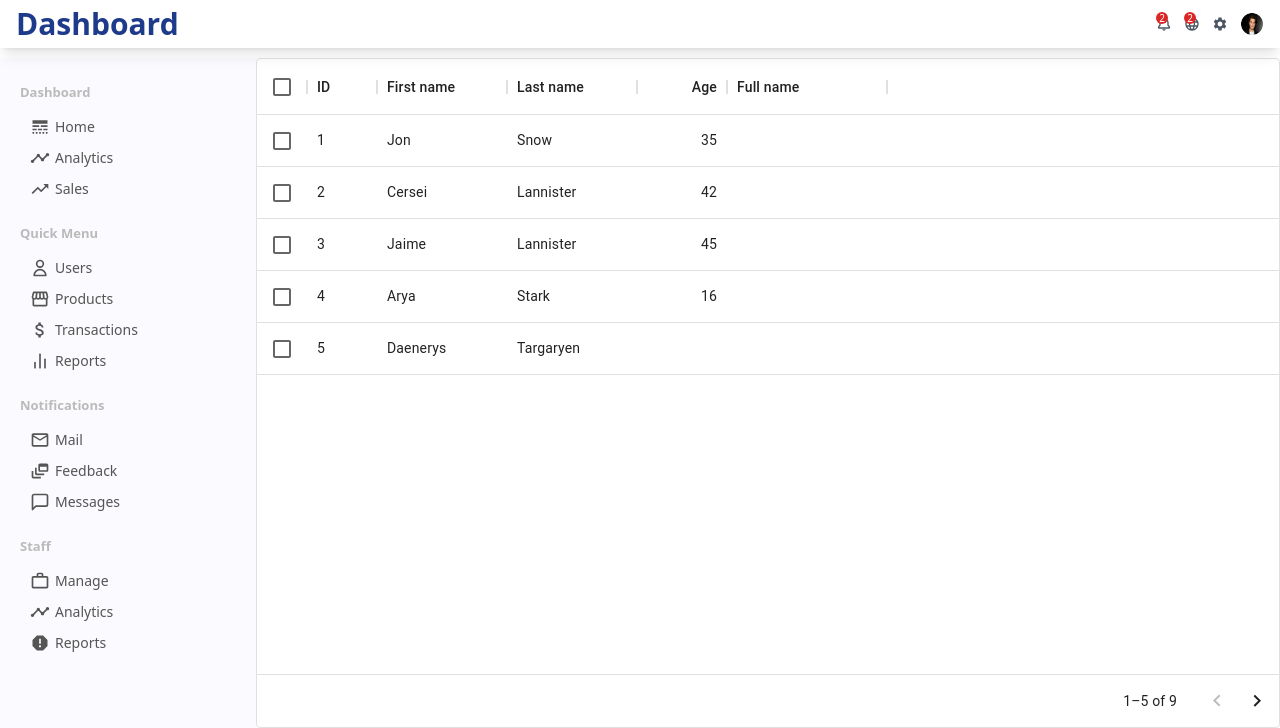
Repository: nation430/React-AdminDashboard
Page: /users
An editor plug-in stored every save of this project. The page is shown before and after the next save, followed by the edit.
The browser window is 1280 px wide. The pictures show the whole page.
The project was rebuilt for these pictures with package versions that can differ from the ones it lists, and the page was loaded fresh each time. Also part of the build but not shown: src/pages/home/home.css, src/components/featuredInfo/featuredInfo.css, src/components/featuredInfo/FeaturedInfo.jsx, src/components/chart/chart.css, src/components/chart/Chart.jsx, src/dummyData.js, src/components/widgetSm/widgetSm.css, src/components/widgetSm/WidgetSm.jsx and 3 more.

Above is the page before, as saved 2022-08-23 12:35:34.

### public/index.html
<!DOCTYPE html>
<html lang="en">
  <head>
    <meta charset="utf-8" />
    <meta name="viewport" content="width=device-width, initial-scale=1" />
    <meta name="theme-color" content="#000000" />
    <meta
      name="description"
      content="Web site created using create-react-app"
    />
    <link rel="preconnect" href="https://fonts.googleapis.com" />
    <link rel="preconnect" href="https://fonts.gstatic.com" crossorigin />
    <link
      href="https://fonts.googleapis.com/css2?family=Source+Sans+Pro:wght@200;300;400;600;700&display=swap"
      rel="stylesheet"
    />

    <title>React Admin Dashboard</title>
  </head>
  <body>
    <noscript>You need to enable JavaScript to run this app.</noscript>
    <div id="root"></div>
  </body>
</html>

### src/index.css
@tailwind base;
h1 {
  @apply text-2xl;
}
h2 {
  @apply text-xl;
}
h3 {
  @apply text-lg;
}
@tailwind components;
@tailwind utilities;

* {
  margin: 0;
  padding:0;
  box-sizing: border-box;

}

### src/App.js
import Topbar from "./components/topbar/Topbar";
import Sidebar from "./components/sidebar/Sidebar";
import Home from "./pages/home/Home";
import "./app.css";
import { BrowserRouter as Router, Routes, Route } from "react-router-dom";
import UserList from "./pages/home/userList/UserList";

function App() {
  return (
    <Router>
      <Topbar />
      <div className="wrapper flex h-full">
        <Sidebar />
        <Routes>
          <Route exact path="/">
            <Route path="/" element={<Home />} />
            <Route path="users" element={<UserList />} />
          </Route>
        </Routes>
      </div>
    </Router>
  );
}

export default App;

### src/components/topbar/Topbar.jsx
import React from "react";
import  "./topbar.css";
import { BiBell } from 'react-icons/bi';
import { MdLanguage, MdSettings  } from "react-icons/md";


export default function Topbar () {
    return(
        <div className="topbar w-full h-12 bg-white sticky top-0 z-50 shadow-lg ">
            <div className="topbarWeapper flex items-center justify-between h-full px-4 py-0">
            <div className="topLeft">
                <span className="logo font-bold text-3xl text-blue-900 cursor-pointer ...">Dashboard</span>
            </div>
            <div className="topRight flex items-center">

                {/* First icon  */}
                <div className="topbarIconsContainer relative cursor-pointer ... ml-3 text-gray-600">
                <BiBell />
                <span className="topIconBadge absolute text-white bg-red-600 right-1 -top-1 flex items-center justify-center rounded-full text-xs h-3 w-3">2</span>
                </div>

                   {/*second icon  */}
                <div className="topbarIconsContainer relative cursor-pointer ... ml-3 text-gray-600">
                <MdLanguage />
                <span className="topIconBadge absolute text-white bg-red-600 right-1 -top-1 flex items-center justify-center rounded-full text-xs h-3 w-3">2</span>
                </div>


                    {/*third icon  */}
                <div className="topbarIconsContainer relative cursor-pointer ... mx-3 text-gray-600">
                < MdSettings  />
                </div>

                <img src="images/img.png" alt="BigCo Inc. logo"  className="topAvater w-6 h-6 rounded-full cursor-pointer ..."/>

            </div>
            </div>
        </div>
    )

}

### src/components/sidebar/Sidebar.jsx
import "./sidebar.css";
import { MdLineStyle, MdOutlineTimeline, MdTrendingUp, MdStorefront, MdAttachMoney, MdOutlineMail, MdDynamicFeed, MdWorkOutline, MdReport} from "react-icons/md";
import { HiOutlineUser} from "react-icons/hi";
import { FiBarChart2, FiMessageSquare} from "react-icons/fi";

export default function sidebar(){
    return(
        <div className="sidebar sticky">
        <div className="sidebarWrapper p-5">
            {/* first sidenavbar */}
            <div className="sidebarMenu mb-2.5">
                <h3 className="sidebarTitle">Dashboard</h3>
                <ul className="sidebarList px-4 py-0">
                    <li className="sidebarListItems flex items-center">
                    <MdLineStyle className="sidebarIcon"/>
                    Home
                    </li>

                    <li className="sidebarListItems flex items-center">
                    <MdOutlineTimeline className="sidebarIcon" />
                    Analytics
                    </li>


                    <li className="sidebarListItems flex items-center">
                    <MdTrendingUp className="sidebarIcon" />
                   Sales
                    </li>
                </ul>
            </div>

            {/* second sidenavbar */}
            <div className="sidebarMenu mb-2.5">
                <h3 className="sidebarTitle">Quick Menu</h3>
                <ul className="sidebarList px-4 py-1">
                    <li className="sidebarListItems flex items-center">
                    <HiOutlineUser className="sidebarIcon" />
                    Users
                    </li>

                    <li className="sidebarListItems flex  items-center" >
                    <MdStorefront className="sidebarIcon" />
                    Products
                    </li>

                    <li className="sidebarListItems flex items-center">
                    <MdAttachMoney className="sidebarIcon" />
                   Transactions
                    </li>


                    <li className="sidebarListItems flex items-center">
                    <FiBarChart2 className="sidebarIcon" />
                   Reports
                    </li>
                </ul>
            </div>

                {/* third sidenavbar */}
                <div className="sidebarMenu mb-2.5">
                <h3 className="sidebarTitle">Notifications</h3>
                <ul className="sidebarList px-4 py-1">
                    <li className="sidebarListItems flex items-center">
                    <MdOutlineMail className="sidebarIcon" />
                    Mail
                    </li>

                    <li className="sidebarListItems flex  items-center" >
                    <MdDynamicFeed className="sidebarIcon" />
                    Feedback
                    </li>

                    <li className="sidebarListItems flex items-center">
                    <FiMessageSquare className="sidebarIcon" />
                   Messages
                    </li>
                </ul>
            </div>

                {/* fourth sidenavbar */}
                <div className="sidebarMenu mb-2.5">
                <h3 className="sidebarTitle">Staff</h3>
                <ul className="sidebarList px-4 py-1">
                    <li className="sidebarListItems flex items-center">
                    <MdWorkOutline className="sidebarIcon" />
                    Manage
                    </li>

                    <li className="sidebarListItems flex  items-center" >
                    <MdOutlineTimeline className="sidebarIcon" />
                    Analytics
                    </li>

                    <li className="sidebarListItems flex items-center">
                    <MdReport className="sidebarIcon" />
                   Reports
                    </li>
                </ul>
            </div>
        </div>
        </div>
    )
}

### src/app.css

* {
    margin: 0;
    padding:0;
    box-sizing: border-box;

}


h1{
    font-size: 2em ;
    font-weight: bolder;
}

h2{
    font-size: 1.5em ;
    font-weight: bolder;
}

h3{
    font-size: 1.17em ;
    font-weight: bolder;
}

.wrapper{
    margin-top:10px;
}

### src/pages/home/userList/UserList.jsx
import "./userList.css"
import { DataGrid } from '@mui/x-data-grid';



export default function UserList(){

  const columns = [
    { field: 'id', headerName: 'ID', width: 70 },
    { field: 'firstName', headerName: 'First name', width: 130 },
    { field: 'lastName', headerName: 'Last name', width: 130 },
    {
      field: 'age',
      headerName: 'Age',
      type: 'number',
      width: 90,
    },
    {
      field: 'fullName',
      headerName: 'Full name',
      description: 'This column has a value getter and is not sortable.',
      sortable: false,
      width: 160,
    },
  ];

  const rows = [
    { id: 1, lastName: 'Snow', firstName: 'Jon', age: 35 },
    { id: 2, lastName: 'Lannister', firstName: 'Cersei', age: 42 },
    { id: 3, lastName: 'Lannister', firstName: 'Jaime', age: 45 },
    { id: 4, lastName: 'Stark', firstName: 'Arya', age: 16 },
    { id: 5, lastName: 'Targaryen', firstName: 'Daenerys', age: null },
    { id: 6, lastName: 'Melisandre', firstName: null, age: 150 },
    { id: 7, lastName: 'Clifford', firstName: 'Ferrara', age: 44 },
    { id: 8, lastName: 'Frances', firstName: 'Rossini', age: 36 },
    { id: 9, lastName: 'Roxie', firstName: 'Harvey', age: 65 },
  ];


    return(
        <div className="userList">
          <DataGrid
        rows={rows}
        columns={columns}
        pageSize={5}
        rowsPerPageOptions={[5]}
        checkboxSelection
      />
        </div>
    )
}

### src/components/topbar/topbar.css
.text-xs{
    font-size: 10px;
  }

### src/components/sidebar/sidebar.css
.sidebar{
    flex: 1;
    height: calc(100vh - 50px);
    top:50px;
    background:rgb(251, 251, 255);
}

.sidebarWrapper{
    color: #555;
}

.sidebarTitle{
    font-size: 13px;
    color:rgb(187, 186, 186);
}

.sidebarList{
    padding:5px;
    font-size: 14px;;
}


.sidebarListItems {
    padding:5px;
    cursor: pointer;
    border-radius: 10px;
}

.sidebarListItems.active,
.sidebarListItems:hover{
    background:rgb(228, 228, 250);
}

.sidebarIcon{
    margin-right:5px;
    font-size:20px;
}

### src/pages/home/userList/userList.css
.userList{
    flex: 4;
}

Loaded but not shown: src/index.js (common file); tailwind.config.js (common file)

After the next save:
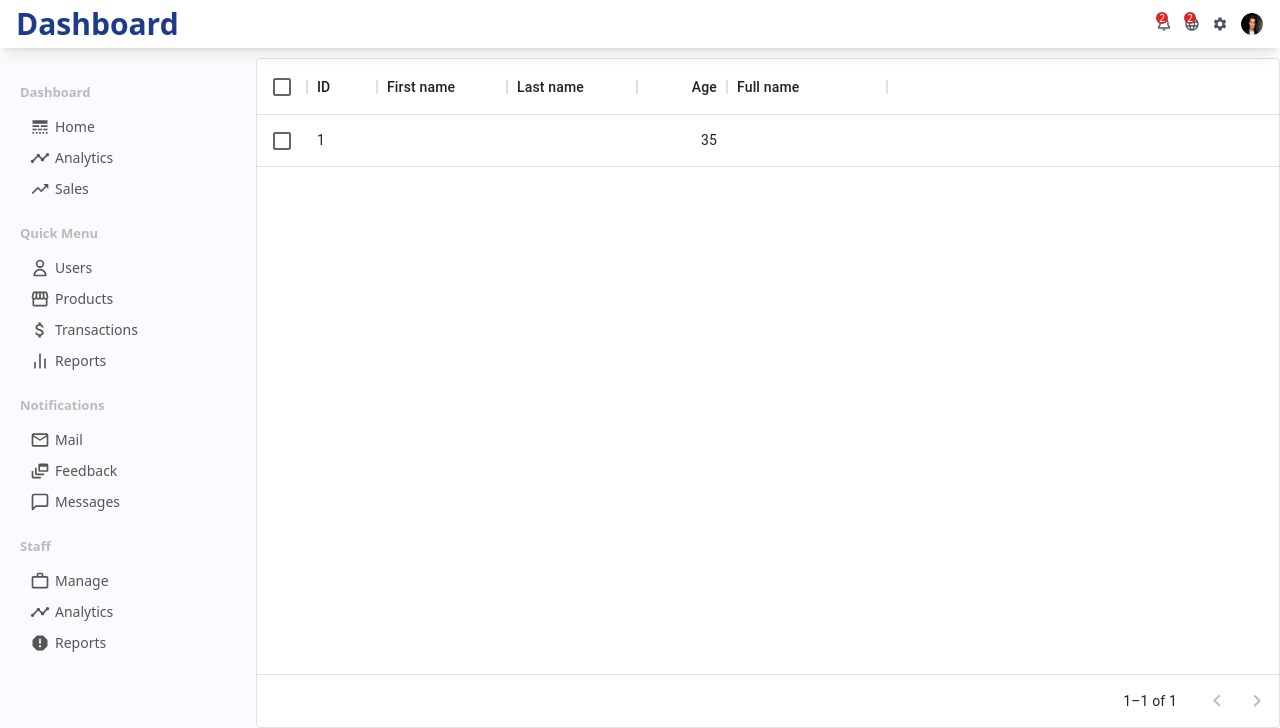
Saved 4 min 3 s later.
--- a/src/pages/home/userList/UserList.jsx
+++ b/src/pages/home/userList/UserList.jsx
@@ -25,15 +25,8 @@ export default function UserList(){
   ];
 
   const rows = [
-    { id: 1, lastName: 'Snow', firstName: 'Jon', age: 35 },
-    { id: 2, lastName: 'Lannister', firstName: 'Cersei', age: 42 },
-    { id: 3, lastName: 'Lannister', firstName: 'Jaime', age: 45 },
-    { id: 4, lastName: 'Stark', firstName: 'Arya', age: 16 },
-    { id: 5, lastName: 'Targaryen', firstName: 'Daenerys', age: null },
-    { id: 6, lastName: 'Melisandre', firstName: null, age: 150 },
-    { id: 7, lastName: 'Clifford', firstName: 'Ferrara', age: 44 },
-    { id: 8, lastName: 'Frances', firstName: 'Rossini', age: 36 },
-    { id: 9, lastName: 'Roxie', firstName: 'Harvey', age: 65 },
+    { id: 1, userName: 'Jon Snow', avater: ' <img src="images/member1.jpg" alt="image" className="wiggetLgImg w-6 h-6 rounded-full object-cover" />', age: 35 },
+
   ];
 
 
